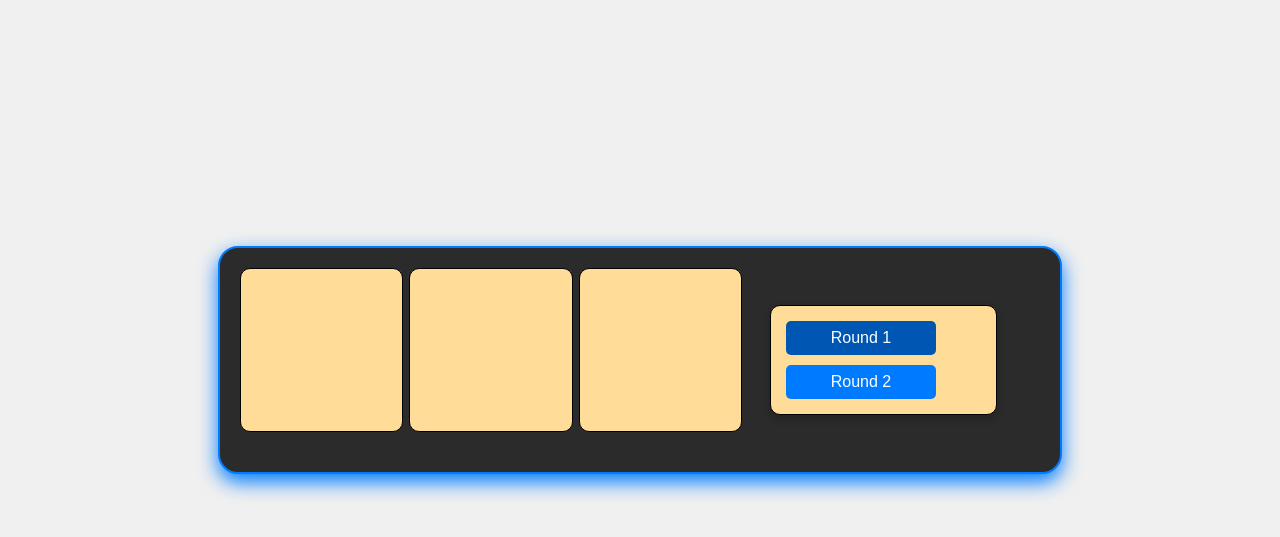
Repository: radisyah/THE_BRAIN_STORM
Page: Broken Link.html
These files come from the project's save history. The page is drawn as it stood at one moment and after the next save; the edit follows.
The browser window is 1280 px wide. The pictures show the whole page.

Above is the page before, as saved 2024-11-11 11:19:06.

After the next save:
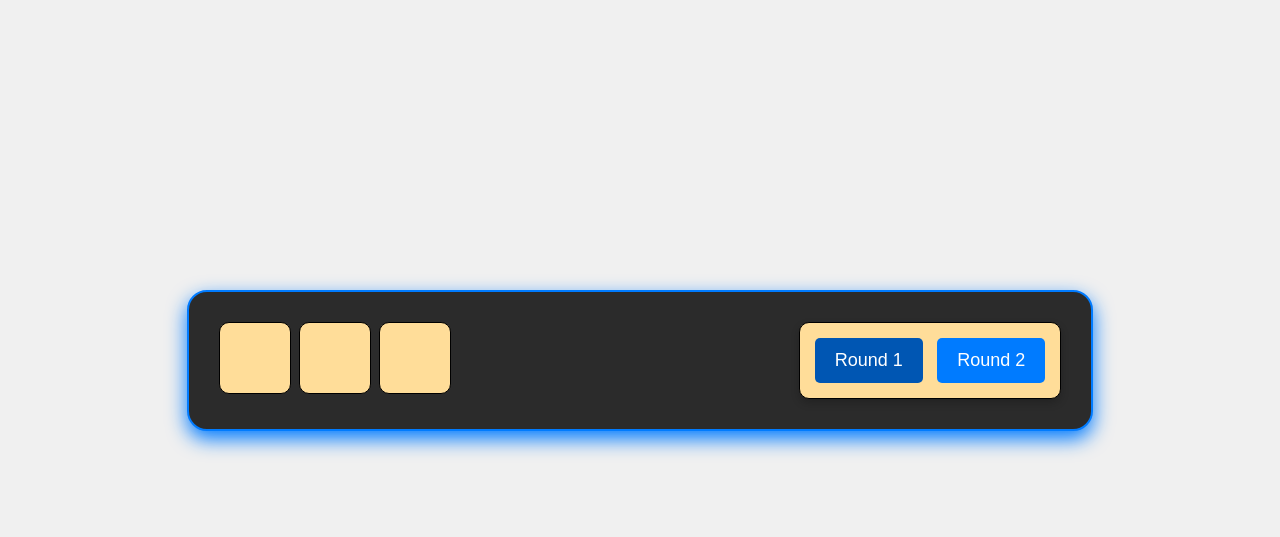
Saved 78 s later.
--- a/Broken Link.html
+++ b/Broken Link.html
@@ -8,57 +8,53 @@
         body {
             font-family: Arial, sans-serif;
             display: flex;
-            justify-content: center;
-            align-items: center;
-            min-height: 100vh;
+            justify-content: center; /* Center the content horizontally */
+            align-items: center; /* Center vertically */
+            height: 100vh;
             margin: 0;
             background-color: #f0f0f0;
         }
 
         .container {
             display: flex;
-            flex-direction: column; /* Stack grid and buttons vertically by default */
-            align-items: center;
+            justify-content: center; /* Align the grid and buttons side by side */
+            align-items: flex-start;
             background-color: #2b2b2b;
             border-radius: 20px;
-            box-shadow: 0 8px 20px #007bff;
-            padding: 20px;
+            box-shadow: 0 8px 20px  #007bff;
+            padding: 30px;
             border: 2px solid #007bff;
-            width: 90vw; /* Make it flexible for smaller screens */
-            max-width: 500px; /* Limit max width for larger screens */
             transition: transform 0.3s ease-in-out;
+
         }
 
         .grid-container {
             display: grid;
-            grid-template-columns: repeat(auto-fit, minmax(50px, 1fr)); /* Adjust columns based on available space */
-            grid-gap: 8px; /* Adjust gap for better spacing on smaller screens */
+            grid-template-columns: repeat(7, 70px); /* 7 columns for the grid */
+            grid-gap: 10px; /* Increased gap between grid items */
             justify-content: center;
-            margin-bottom: 20px; /* Space between grid and buttons */
-            width: 100%; /* Responsive width for grid */
-        }
-
+            margin-right: 30px; /* Space between grid and buttons */
+        }
 
         .container:hover {
             transform: scale(1.02); /* Slight scale effect when hovering over the container */
         }
 
         .grid-item {
-            width: 100%;
-            padding-top: 100%; /* Aspect ratio trick to make it square */
-            position: relative;
-            font-size: 1.2rem; /* Responsive font size */
+            width: 70px;
+            height: 70px;
+            display: flex;
+            align-items: center;
+            justify-content: center;
+            font-size: 24px;
             background-color: #ffdd99;
             border: 1px solid #000;
             color: #000;
             cursor: pointer;
+            position: relative;
             border-radius: 10px;
-            display: flex;
-            align-items: center;
-            justify-content: center;
             transition: transform 0.3s ease-in-out;
         }
-
 
         .grid-item:hover {
             transform: scale(1.10);
@@ -117,17 +113,16 @@
 
 
         .question-button {
-    padding: 8px 15px;
-    font-size: 1rem;
-    background-color: #007bff;
-    color: white;
-    border: none;
-    border-radius: 5px;
-    cursor: pointer;
-    transition: background-color 0.3s;
-    width: 100%;
-    max-width: 150px; /* Limits button size on larger screens */
-}
+            padding: 12px 20px; /* Increased padding */
+            font-size: 18px; /* Increased font size */
+            cursor: pointer;
+            background-color: #007bff;
+            color: white;
+            border: none;
+            border-radius: 5px;
+            transition: background-color 0.3s;
+        }
+
         .question-button.active { background-color: #0056b3; } /* Warna berbeda untuk tombol aktif */
 
 
@@ -198,19 +193,6 @@
             background-color: #0056b3; /* Darker blue on hover */
         }
 
-        /* Media query for larger screens */
-@media (min-width: 600px) {
-    .container {
-        flex-direction: row; /* Align grid and buttons side by side on larger screens */
-        max-width: 800px; /* Limit width for larger screens */
-    }
-
-    .grid-container {
-        margin-right: 30px;
-        max-width: 500px; /* Sets max width for the grid */
-    }
-}
-
     </style>
 
 
